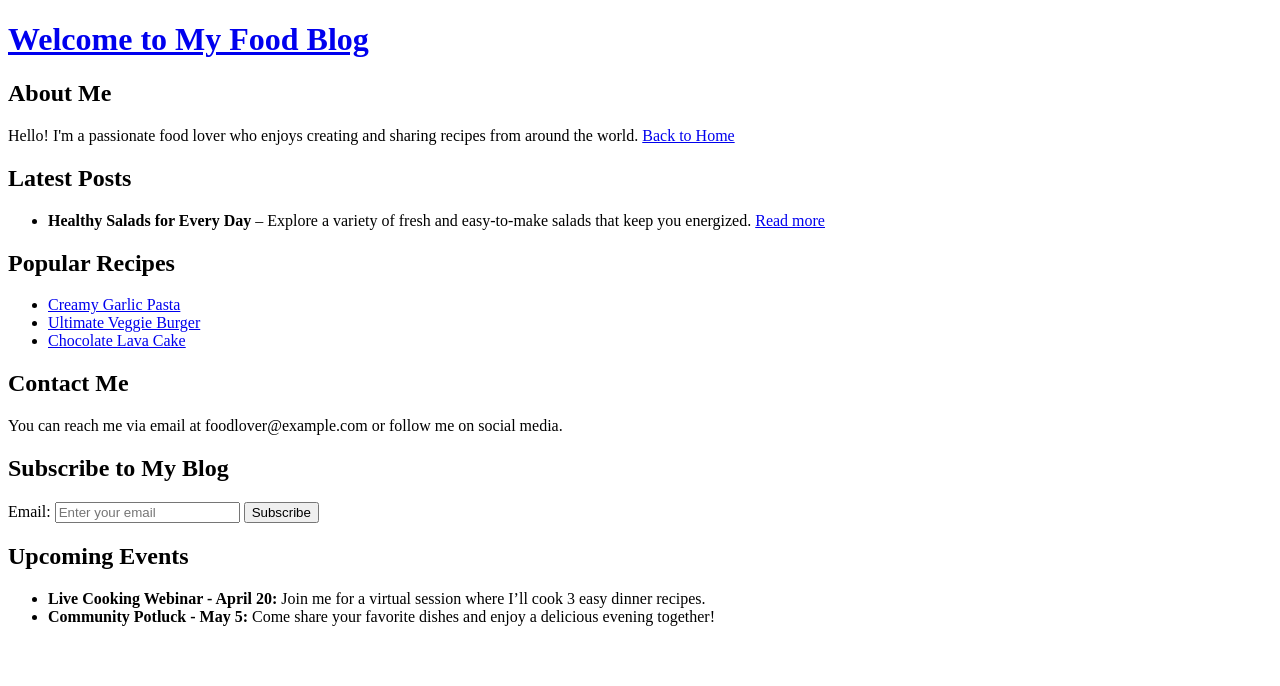
Repository: arunyerram/Web-TEChnologies
Page: lab1.html
These files come from the project's save history. The page is drawn as it stood at one moment and after a run of saves; the edit follows.
The browser window is 1280 px wide. The pictures show the whole page.

Above is the page before, as saved 2025-04-10 22:49:29.

After the next 3 saves:
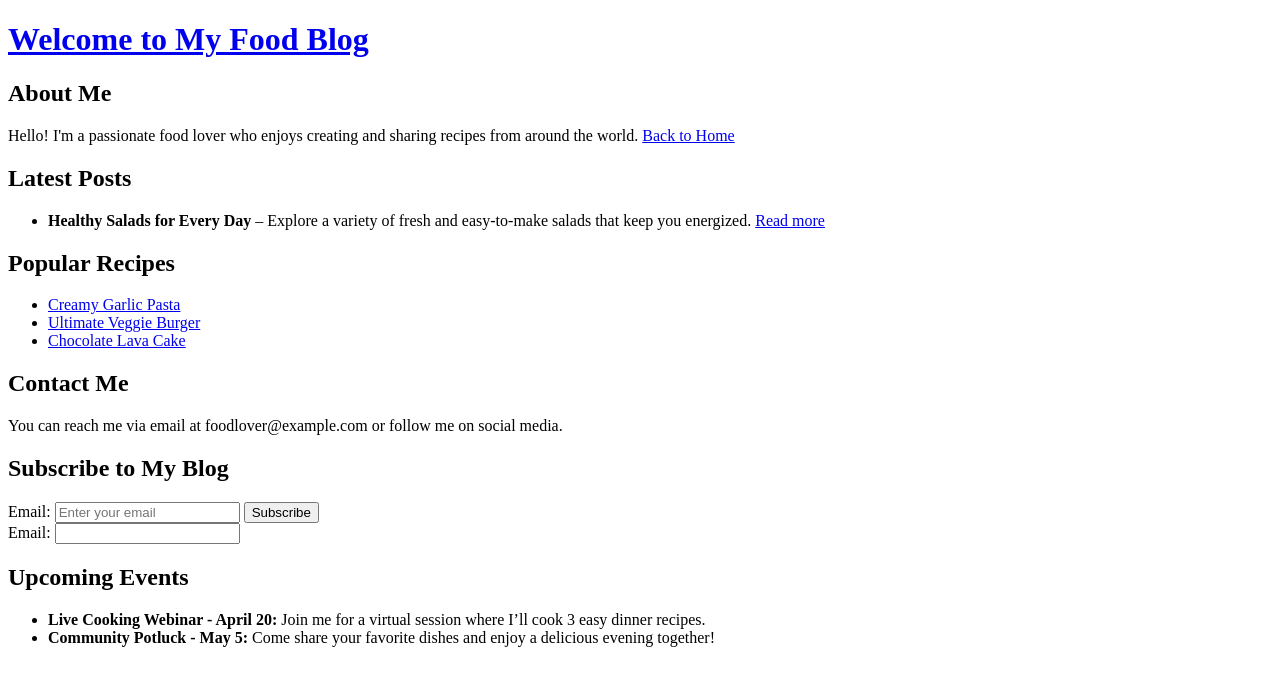
The 3 saves are shown as one change because they came seconds apart.
The last was saved 27 s later.
--- a/lab1.html
+++ b/lab1.html
@@ -51,7 +51,8 @@
   </form>
 
   <form>
-    <label for="email"></label>
+    <label for="email">Email:</label>
+    <input
   </form>
 
   <!-- Requirement 2: Add a New Section - Upcoming Events -->
